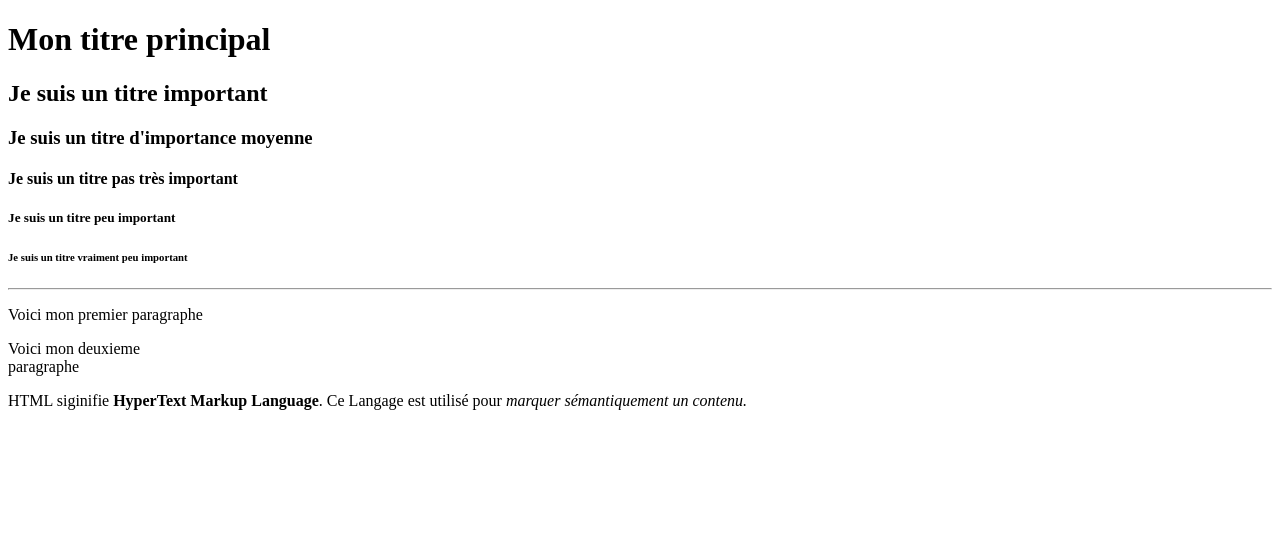
Repository: serviceshuios/-git-reference-java-lyon-worspace
Page: workspaceWeb/MaPremierePage/WebContent/elementsHTML.html
The author's editor kept a copy of each file at every save. The page is drawn from the files as they stood at one save, then again after the next save.
The browser window is 1280 px wide. The pictures show the whole page.

Above is the page before, as saved 2017-04-03 09:57:46.

After the next save:
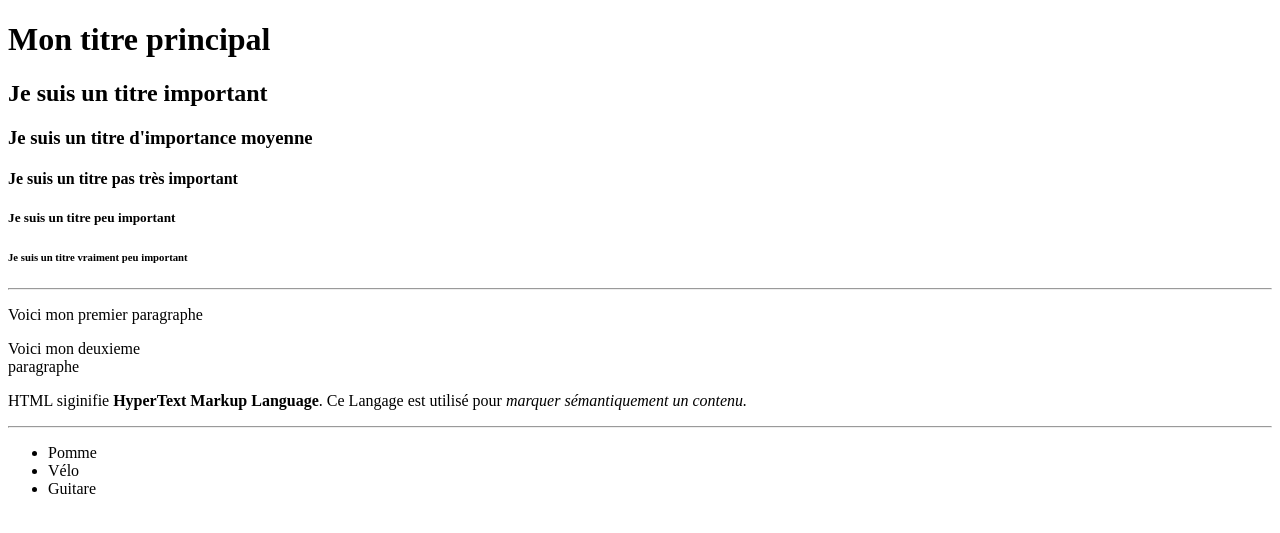
Saved 12 min 17 s later.
--- a/workspaceWeb/MaPremierePage/WebContent/elementsHTML.html
+++ b/workspaceWeb/MaPremierePage/WebContent/elementsHTML.html
@@ -27,5 +27,12 @@
 	HTML siginifie <strong>HyperText Markup Language</strong>. Ce
 	Langage est utilisé pour <em>marquer sémantiquement un contenu.</em>
 	</p>
+	<hr/>
+	<!-- Listes non ordonnées -->
+	<ul>
+		<li>Pomme</li>
+		<li>Vélo</li>
+		<li>Guitare</li>
+	</ul>
 </body>
 </html>
